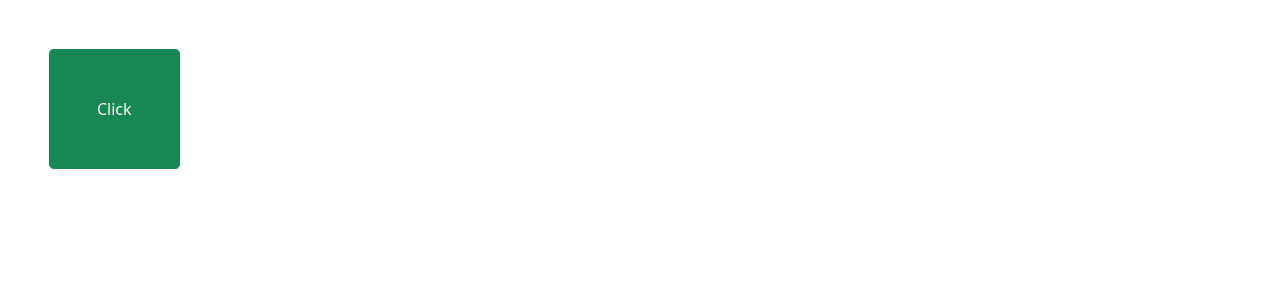
Repository: tomaters/servlets-JSP
Page: jsptest/src/main/webapp/request_info.html
The author's editor kept a copy of each file at every save. The page is drawn from the files as they stood at one save, then again after the next save.
The browser window is 1280 px wide. The pictures show the whole page.

Above is the page before, as saved 2023-11-29 02:09:26.

After the next save:
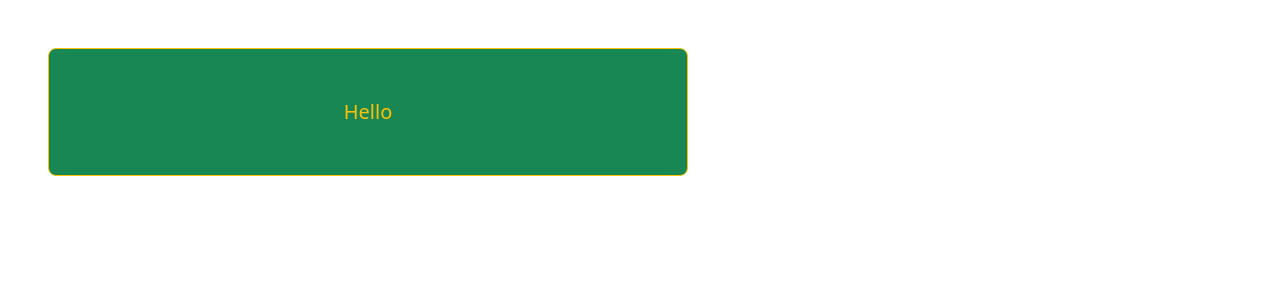
Saved 2 min 57 s later.
--- a/jsptest/src/main/webapp/request_info.html
+++ b/jsptest/src/main/webapp/request_info.html
@@ -8,6 +8,6 @@
     <script src="https://cdn.jsdelivr.net/npm/bootstrap@5.3.2/dist/js/bootstrap.bundle.min.js"></script>
 </head>
 <body>
-	<a href="http://localhost:8080/jsptest/notfirst" class="btn btn-success m-5 p-5 btn-outline-light">Click</a>
+	<a href="http://localhost:8080/jsptest/notfirst" class="btn btn-success m-5 p-5 btn-outline-warning btn-lg w-50 justify-content-center">Hello</a>
 </body>
 </html>
